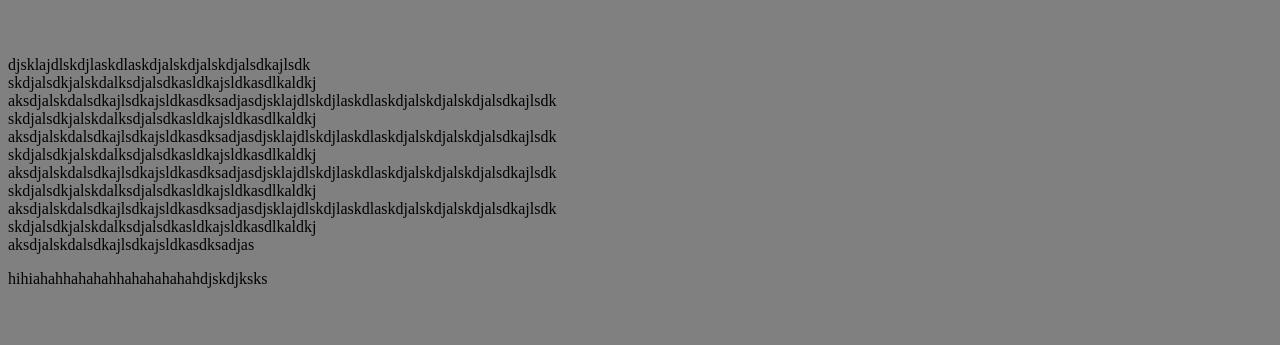
Repository: hanj291/hanj291.github.io
Page: page2.html
The author's editor kept a record of every edit. The page is drawn from the files as they stood at one moment, then again after the next edit.
The browser window is 1280 px wide. The pictures show the whole page.

Above is the page before.

### page2.html
<!DOCTYPE html>
<html>
	<head>
		<title>Hello, world.</title>
		<link href="column.css" rel="stylesheet">
	</head>
	<body>

	<div class="wrapper">
		<div class="column"></div>
		<p>djsklajdlskdjlaskdlaskdjalskdjalskdjalsdkajlsdk
			skdjalsdkjalskdalksdjalsdkasldkajsldkasdlkaldkj
			aksdjalskdalsdkajlsdkajsldkasdksadjasdjsklajdlskdjlaskdlaskdjalskdjalskdjalsdkajlsdk
			skdjalsdkjalskdalksdjalsdkasldkajsldkasdlkaldkj
			aksdjalskdalsdkajlsdkajsldkasdksadjasdjsklajdlskdjlaskdlaskdjalskdjalskdjalsdkajlsdk
			skdjalsdkjalskdalksdjalsdkasldkajsldkasdlkaldkj
			aksdjalskdalsdkajlsdkajsldkasdksadjasdjsklajdlskdjlaskdlaskdjalskdjalskdjalsdkajlsdk
			skdjalsdkjalskdalksdjalsdkasldkajsldkasdlkaldkj
			aksdjalskdalsdkajlsdkajsldkasdksadjasdjsklajdlskdjlaskdlaskdjalskdjalskdjalsdkajlsdk
			skdjalsdkjalskdalksdjalsdkasldkajsldkasdlkaldkj
			aksdjalskdalsdkajlsdkajsldkasdksadjas </p>
		<div class="clear"></div>
		hihiahahhahahahhahahahahahdjskdjksks
	</div>
	</body>
</html>

### column.css
body {
    background-color: gray;
}

.wrapper {
    width: 400px;
}

.sprite {
    width: 200px;
    height: 200px;
    background: url(acti.jpg);
}

.column {
    width: 160px;
    padding: 20px;
    float: right;
}

.clear {
    clear: both;
}

After the next edit:
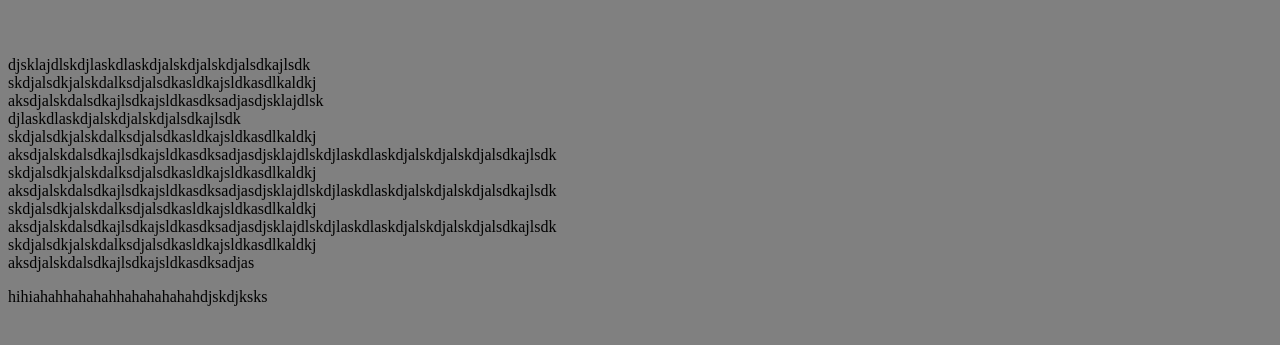
The edit:
--- a/page2.html
+++ b/page2.html
@@ -10,7 +10,8 @@
 		<div class="column"></div>
 		<p>djsklajdlskdjlaskdlaskdjalskdjalskdjalsdkajlsdk
 			skdjalsdkjalskdalksdjalsdkasldkajsldkasdlkaldkj
-			aksdjalskdalsdkajlsdkajsldkasdksadjasdjsklajdlskdjlaskdlaskdjalskdjalskdjalsdkajlsdk
+			aksdjalskdalsdkajlsdkajsldkasdksadjasdjsklajdlsk
+			djlaskdlaskdjalskdjalskdjalsdkajlsdk
 			skdjalsdkjalskdalksdjalsdkasldkajsldkasdlkaldkj
 			aksdjalskdalsdkajlsdkajsldkasdksadjasdjsklajdlskdjlaskdlaskdjalskdjalskdjalsdkajlsdk
 			skdjalsdkjalskdalksdjalsdkasldkajsldkasdlkaldkj
